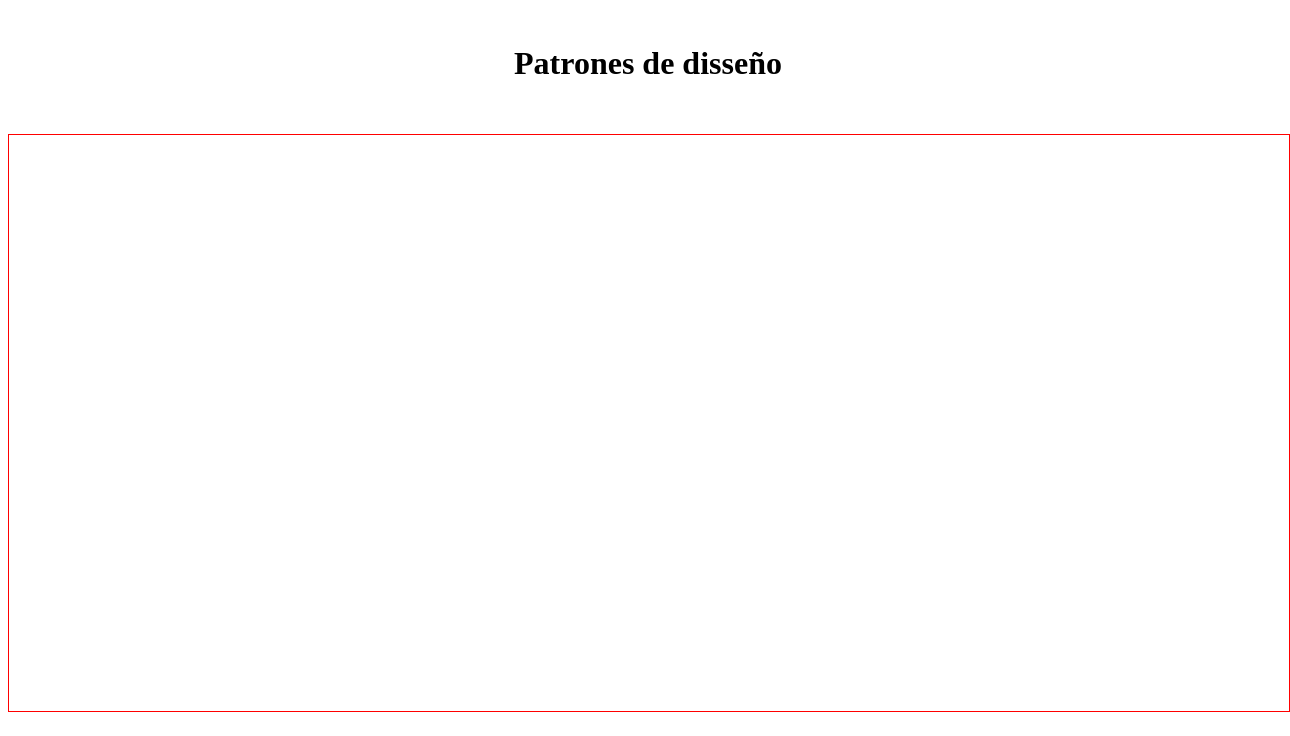
Repository: nrsWebs/design-pattern-es
Page: index.html
The author's editor kept a copy of each file at every save. The page is drawn from the files as they stood at one save, then again after the next save.
The browser window is 1280 px wide. The page is 1290 px wide, so the pictures cover 1290 px, including what lies to the right of the window. The pictures show the whole page.

Above is the page before, as saved 2021-02-06 17:56:23.

### index.html
<!DOCTYPE html>
<html>
<head>
<script src="https://ajax.googleapis.com/ajax/libs/jquery/3.5.1/jquery.min.js"></script>
<link rel="stylesheet" href="source/main.css">
</head>
<body>
    <div class="main-content">
        <h1>Patrones de disseño</h1>
        <div class="box glass">
            <div class=""></div>
        </div>
    </div>
</body>
<script>
$(document).ready(function(){
    setTimeout(function(){
        $("p").hide();
    }, 5000);
});
</script>
</html>

### source/main.css
:root {
    --main: #FAFAFA;
    --secondary: #E3F2FD;
    --auxiliar: #DB5461
  }
body {
    background-color: var(--primary);
    display: flex;
    justify-content: center;
    width: 100%;
}
.main-content{
    display: flex;
    flex-direction: column;
    justify-content: space-around;
    width: 100%;
    max-width: 1440px;
    height: 100vh;
}
h1{
    text-align: center;
}
.box {
    display: flex;
    flex-direction: column;
    justify-content: space-around;
    width: 100%;
    height: 80%;
    border: 1px solid red;
}

After the next save:
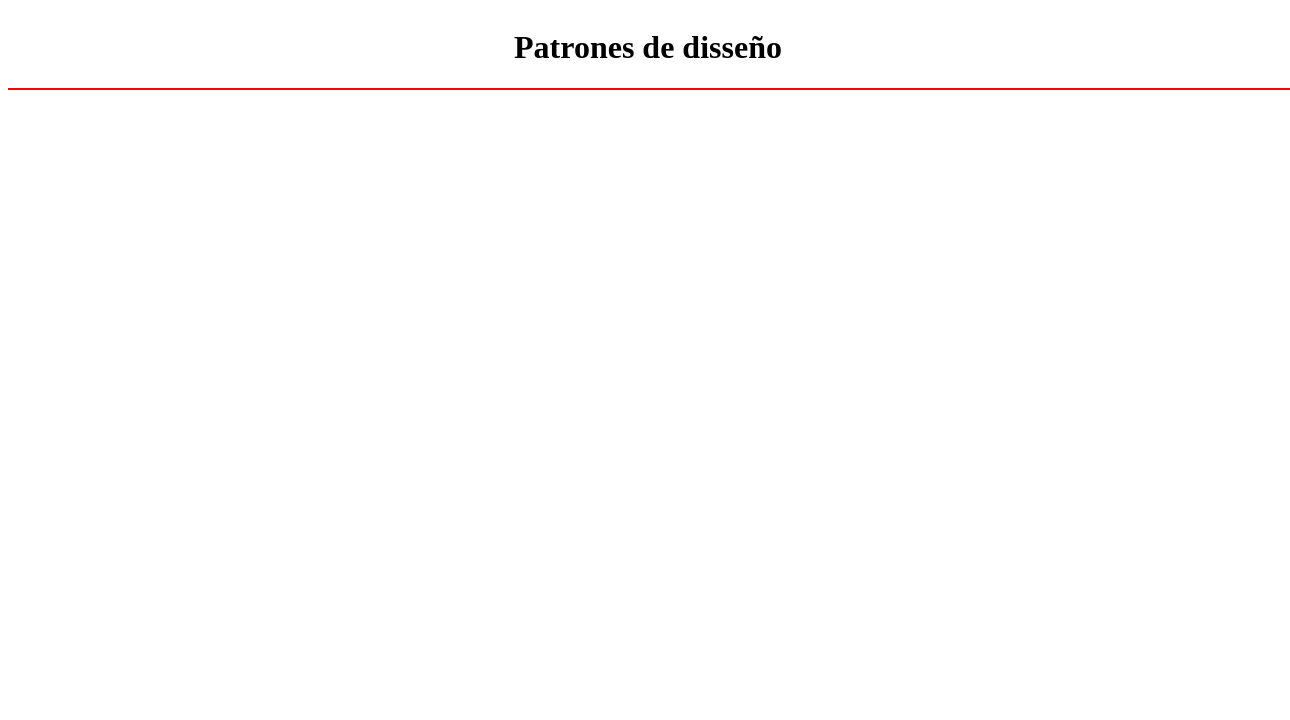
Saved 18 s later.
--- a/source/main.css
+++ b/source/main.css
@@ -15,7 +15,6 @@ body {
     justify-content: space-around;
     width: 100%;
     max-width: 1440px;
-    height: 100vh;
 }
 h1{
     text-align: center;
@@ -25,6 +24,5 @@ h1{
     flex-direction: column;
     justify-content: space-around;
     width: 100%;
-    height: 80%;
     border: 1px solid red;
 }
